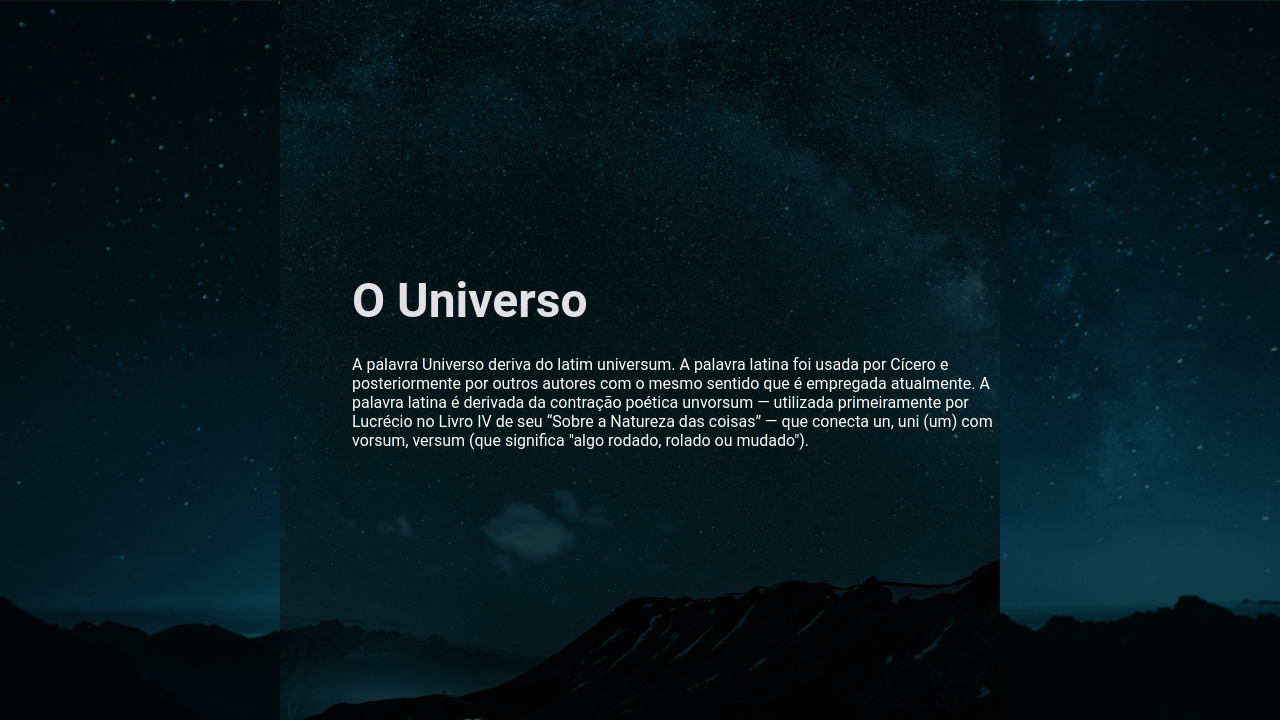
Repository: eltonneiferson/spaUniverse
Page: universe.html
The author's editor kept a copy of each file at every save. The page is drawn from the files as they stood at one save, then again after the next save.
The browser window is 1280 px wide. The pictures show the whole page.

Above is the page before, as saved 2022-10-26 23:00:35.

### universe.html
<head>
    <link rel="stylesheet" href="index.css">
</head>

<main id="universe">
    <h1>O Universo</h1>
    <p>A palavra Universo deriva do latim universum. A palavra latina foi usada por Cícero e posteriormente por outros autores com o mesmo sentido que é empregada atualmente. A palavra latina é derivada da contração poética unvorsum — utilizada primeiramente por Lucrécio no Livro IV de seu “Sobre a Natureza das coisas” — que conecta un, uni (um) com vorsum, versum (que significa "algo rodado, rolado ou mudado").</p>
</main>

### index.css
* {
    margin: 0;
    padding: 0;
    box-sizing: border-box;
    text-decoration: none;
}

:root {
    --default-font-color: white;
    --font-color-link: #C4C4CC;
    --font-color-h1: #E1E1E6;
    --font-color-hover-button: #02799D;
    --default-font: 'Roboto', sans-serif;
}

body {
    min-height: 100vh;
    background-image: url(bkg1.png);
    background-position: bottom;
    background-size: cover;
    color: var(--default-font-color);
    font-family: var(--default-font);
    display: grid;
    place-content: center;
}

nav {
    padding: 40px 72px;
    display: flex;
    gap: 2rem;
    align-items: center;
    position: fixed;
}

nav a {
    color: var(--font-color-link);
    line-height: 1.37rem;
    font-size: 1.41rem;
}

nav a:hover {
    color: var(--default-font-color);
    font-weight: bold;
}

main {
    display: grid;
    gap: 24px;
    place-items: center;
}

main#universe {
    width: 100%;
    background-image: url(bkg2.png);
    background-size: cover;
    background-position: bottom;
    min-height: 100vh;
    padding-left: 72px;
    display: flex;
    flex-direction: column;
    align-items: flex-start;
    justify-content: center;
}

main#universe p {
    width: 648px;
}

main h1 {
    color: var(--font-color-h1);
    font-size: 48px;
    line-height: 125%;
}

main button {
    cursor: pointer;
    background: none;
    border: 2px solid var(--default-font-color);
    border-radius: 5px;
    padding: 12px 32px;
    color: var(--default-font-color);
    font-family: 'Roboto';
    font-weight: 700;
    font-size: 14px;
    line-height: 24px;
}

main button:hover {
    background: var(--default-font-color);
    color: var(--font-color-hover-button);
}

After the next save:
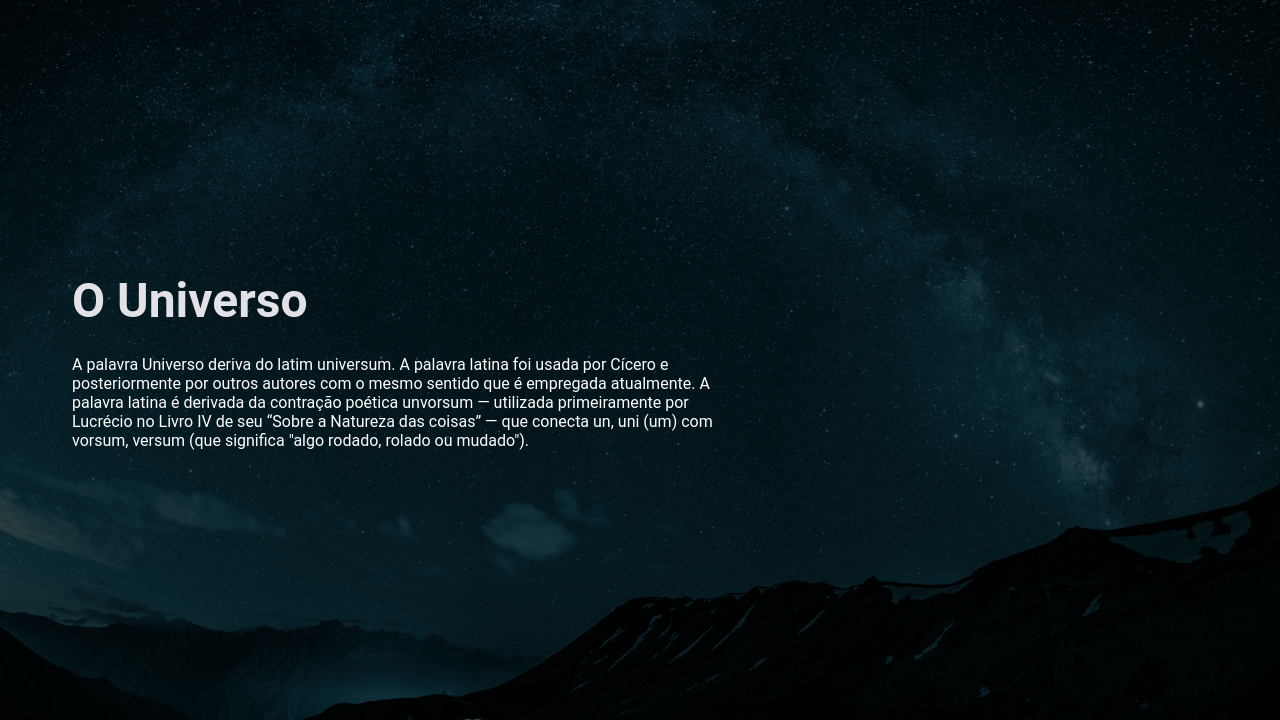
Saved 9 s later.
--- a/index.css
+++ b/index.css
@@ -50,7 +50,7 @@ main {
 }
 
 main#universe {
-    width: 100%;
+    width: 100vw;
     background-image: url(bkg2.png);
     background-size: cover;
     background-position: bottom;
